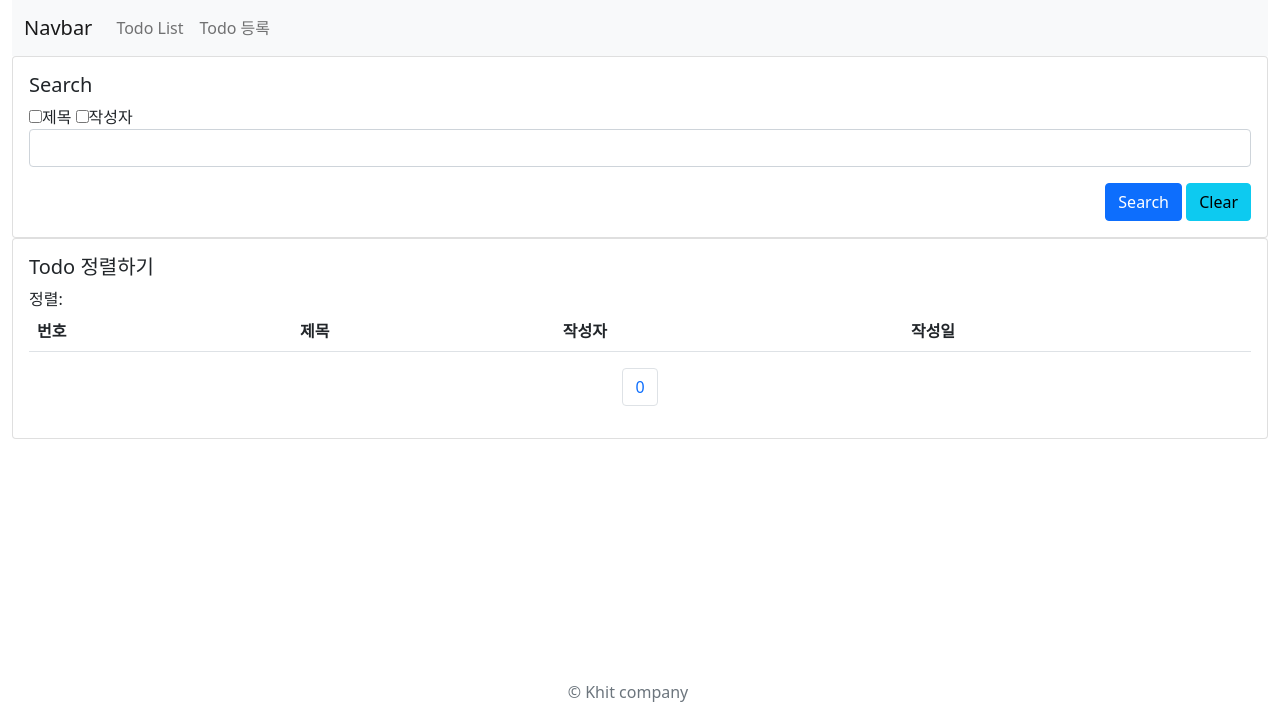
Repository: KyoungHwanJeong/springworks
Page: http://localhost/todoweb/WEB-INF/views/todo/list_sort.jsp
An editor plug-in stored every save of this project. The page is shown before and after the next save, followed by the edit.
The browser window is 1280 px wide. The pictures show the whole page.
The page is served by Tomcat 9. Nobody is signed in. Other server files are loaded and not shown. The template is opened directly, without the code that normally fills it, so the values that code supplies are empty.

Above is the page before, as saved 2024-01-10 03:11:46.

### todoweb/src/main/webapp/WEB-INF/views/todo/list_sort.jsp
<%@ page language="java" contentType="text/html; charset=UTF-8"
    pageEncoding="UTF-8"%>
<%@ taglib uri="http://java.sun.com/jsp/jstl/core" prefix="c" %>
<%@ taglib uri="http://java.sun.com/jsp/jstl/fmt" prefix="fmt" %>

<!DOCTYPE html>
<html>
<head>
<meta charset="UTF-8">
<title>Todo 정렬하기</title>
</head>
<body>
	<div class="container-fluid">
		<jsp:include page="../layout/header.jsp" />
		<!-- 검색 영역 -->
		<div class="row content">
			<div class="col">
				<div class="card">
					<div class="card-body">
						<h5 class="card-title">Search</h5>
						<form action="/todo/paging" method="get">
							<div class="mb-3">
								<input type="checkbox" name="types" value="t">제목
								<input type="checkbox" name="types" value="w">작성자
								<input type="text" name="keyword" class="form-control">
							</div>
							<div class="mb-3">
								<div class="float-end">
									<button type="submit" class="btn btn-primary">Search</button>
									<button type="reset" class="btn btn-info">Clear</button>
								</div>
							</div>
						</form>
					</div>
				</div>
			</div>
		</div>

		<!-- 본문 영역 -->
		<div class="row content">
			<div class="col">
				<div class="card">
					<div class="card-body">
						<h5 class="card-title">Todo 정렬하기</h5>
							<form action="/todo/list_sort" method="get" class="list_sort">
								<div>
								<label>정렬: </label>




								<!-- <select type="name" name="sort" class="sort">
									<option type="name" value="recent">최신순</option>
									<option type="name" value="popular">제목순</option>
								</select>
								<input type="submit" value="정렬하기">
								</div> -->
							</form>
						<table class="table">
							<thead>
								<tr>
									<th>번호</th><th>제목</th><th>작성자</th><th>작성일</th>
								</tr>
							</thead>
							<tbody>
								<c:forEach items="${responseDTO.dtoList}" var="todo">
								<tr>
									<td>${todo.tno}</td>
									<td><a href="/todo?tno=${todo.tno}&page=${responseDTO.page}">${todo.title}</a></td>
									<td>${todo.writer}</td>
									<td><fmt:formatDate value="${todo.createdDate}" pattern="yyyy년  MM월 dd일 HH:mm:ss" /></td>
								</tr>
								</c:forEach>
							</tbody>

						</table>

						<!-- 페이징 처리 -->
						<div class ="d-flex justify-content-center">
							<ul class="pagination flex-wrap">
								<!-- 이전 페이지 -->
								<c:if test="${responseDTO.prev}">
									<li class="page-item">
										<a class="page-link" href="/todo/paging?page=${responseDTO.startPage-1}">Previous</a>
									</li>
								</c:if>

								<!-- 페이지 번호 -->
								<c:forEach var="num" begin="${responseDTO.startPage}" end="${responseDTO.endPage}">
									<li class="page-item ${responseDTO.page eq num ? 'active' : '' }" >
										<a href="/todo/paging?page=${num}" class="page-link">${num}</a>
									</li>
								</c:forEach>

								<!-- 다음 페이지 -->
								<c:if test="${responseDTO.next}">
									<li class="page-item">
										<a class="page-link" href="/todo/paging?page=${responseDTO.endPage+1}">Next</a>
									</li>
								</c:if>
							</ul>
						</div><!-- 페이징 처리 -->
					</div>
				</div>
			</div>
		</div>	<!-- 본문 영역 닫기 -->
		<jsp:include page="../layout/footer.jsp"></jsp:include>
	</div>
</body>
</html>

### todoweb/src/main/webapp/WEB-INF/views/layout/header.jsp
<%@ page language="java" contentType="text/html; charset=UTF-8"
    pageEncoding="UTF-8"%>
<%@ taglib uri="http://java.sun.com/jsp/jstl/core" prefix="c" %>
<link href="https://cdn.jsdelivr.net/npm/bootstrap@5.1.3/dist/css/bootstrap.min.css" rel="stylesheet" integrity="sha384-1BmE4kWBq78iYhFldvKuhfTAU6auU8tT94WrHftjDbrCEXSU1oBoqyl2QvZ6jIW3" crossorigin="anonymous">
<script src="https://cdn.jsdelivr.net/npm/bootstrap@5.1.3/dist/js/bootstrap.bundle.min.js" integrity="sha384-ka7Sk0Gln4gmtz2MlQnikT1wXgYsOg+OMhuP+IlRH9sENBO0LRn5q+8nbTov4+1p" crossorigin="anonymous"></script>
<header>
<nav class="navbar navbar-expand-lg navbar-light bg-light">
  <div class="container-fluid">
    <a class="navbar-brand" href="/">Navbar</a>
    <button class="navbar-toggler" type="button" data-bs-toggle="collapse" data-bs-target="#navbarSupportedContent" aria-controls="navbarSupportedContent" aria-expanded="false" aria-label="Toggle navigation">
      <span class="navbar-toggler-icon"></span>
    </button>
    <div class="collapse navbar-collapse" id="navbarSupportedContent">
      <ul class="navbar-nav me-auto mb-2 mb-lg-0">
        <li class="nav-item">
          <a class="nav-link" href="/todo/paging">Todo List</a>
        </li>
        <li class="nav-item">
          <a class="nav-link" href="/todo/register">Todo 등록</a>
        </li>
      </ul>
    </div>
  </div>
</nav>

</header>

### todoweb/src/main/webapp/WEB-INF/views/layout/footer.jsp
<%@ page language="java" contentType="text/html; charset=UTF-8"
    pageEncoding="UTF-8"%>
<div class="row footer">
	<div class="row fixed-bottom">
		<footer>
			<p class="text-center text-muted">&copy; Khit company</p>
		</footer>
	</div>
</div>

After the next save:
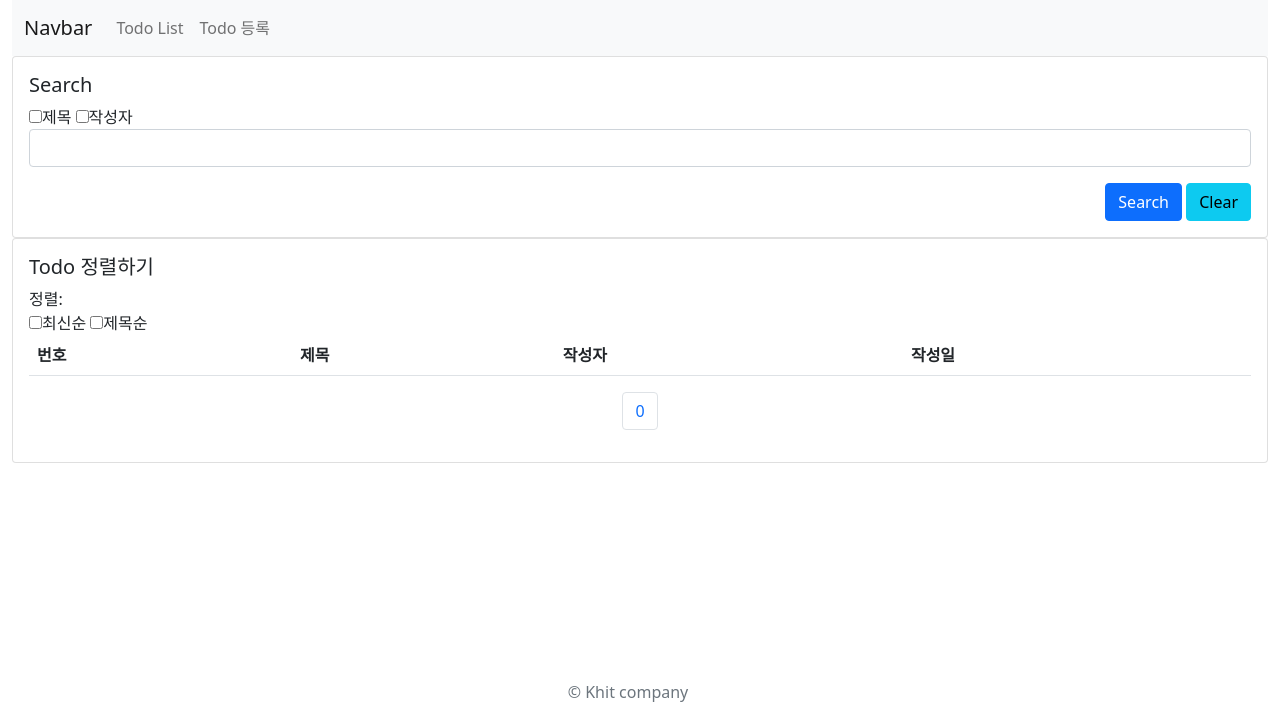
Saved 89 s later.
--- a/todoweb/src/main/webapp/WEB-INF/views/todo/list_sort.jsp
+++ b/todoweb/src/main/webapp/WEB-INF/views/todo/list_sort.jsp
@@ -45,9 +45,12 @@
 							<form action="/todo/list_sort" method="get" class="list_sort">
 								<div>
 								<label>정렬: </label>
+								<div>
+								<input type="checkbox" name="sorts" value="recent">최신순
+								<input type="checkbox" name="sorts" value="popular">제목순
 
 
-
+								</div>
 
 								<!-- <select type="name" name="sort" class="sort">
 									<option type="name" value="recent">최신순</option>
